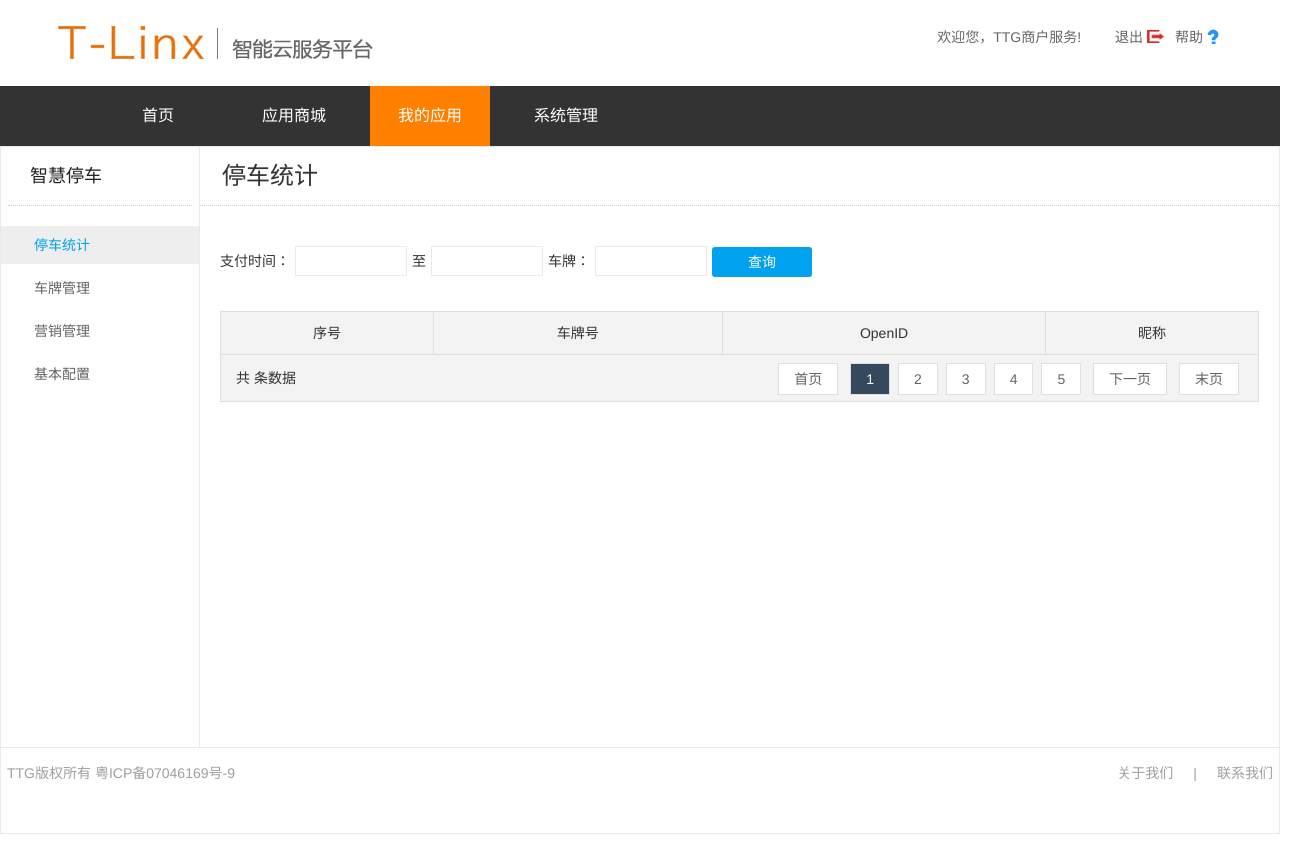
Repository: Keori/ParkCar
Page: admin/商户云/智慧停车/ParkManage.html
An editor plug-in stored every save of this project. The page is shown before and after the next save, followed by the edit.
The browser window is 1280 px wide. The page is 1293 px wide, so the pictures cover 1293 px, including what lies to the right of the window. The pictures show the whole page.
The page's requests for data from a server got no answer.

Above is the page before, as saved 2018-12-24 10:31:11.

### admin/商户云/智慧停车/ParkManage.html
<!DOCTYPE html>
<html lang="en">
<head>
    <meta charset="utf-8">
    <meta name="viewport" content="initial-scale=1.0,width=device-width" />
    <meta name="keywords" content="" />
    <meta name="description" content="" />
    <title>会员卡</title>
    <link href="../css/reset.css" type="text/css" rel="stylesheet"/>
    <link href="../css/layout.css" type="text/css" rel="stylesheet"/>
    <link href="../laydate/laydate.css" type="text/css" rel="stylesheet"/>
    <script type="text/javascript" src="../js/jquery-3.1.1.min.js"></script>
    <script type="text/javascript" src="../js/vue.js"></script>
</head>
<body>
<header class="header index_header">
    <div class="top w1170">
        <div class="logo"><i></i><img src="../images/logo.jpg" alt=""/></div>
        <div class="top_right">欢迎您，TTG商户服务! <span class="icon out_icon"><a href="">退出<code></code></a></span><span class="icon help_icon"><a href="">帮助<code></code></a></span></div>
    </div>

    <menu class="menu">
        <div class="w1170">
            <ul>
                <li><a href="">首页</a></li>
                <li><a href="">应用商城</a></li>
                <li class="on"><a href="">我的应用</a></li>
                <li><a href="">系统管理</a></li>
            </ul>
        </div>
    </menu>
</header>
<section id="content" class="content content1170">
    <aside class="left_con">
        <div class="left_con_tit borderb">智慧停车</div>

        <ul>
            <li class="on"><a href="">停车统计</a></li>
            <li><a href="">车牌管理</a></li>
            <li>
                <h1><a class='pagetitle' href="javascript:;" @click='ManageType'>营销管理</a><i></i></a>
                <div class='secondary' v-show='type'>
                    <h2 :class="{active:changeGray===1}" @click='change(1)'>
                        <a class='nextselect' href="Manage.html">
                            <span class='blockText'>模板类型</span>
                        </a>
                    </h2>
                    <h2 :class="{active:changeGray===2}" @click='change(2)'>
                        <a class='nextselect' href="Manage2.html">
                            <span class='blockText'>广告类型</span>
                        </a>
                    </h2>
                </div>
            </li>
            <li><a href="Basic.html">基本配置</a></li>
        </ul>
    </aside>
    <section id="boxRight" class="boxRight">
        <div class="boxRight_tit f1 borderb">停车统计</div>
        <article class="boxRightCon">
            <div class="CommonInput viplist_formlist viplist_formlist_1">
                <ul>
                    <li>
                        <span class="name">支付时间：</span><input id='timeData' name="text" type="text" style="width:100px;"/>
                    </li>
                    <li>
                        <span class="name">至</span><input id='timeData1' name="text" type="text" style="width:100px;"/>
                    </li>
                    <li>
                        <span class="name">车牌：</span><input v-model='filterSearch.plateNo' name="text" type="text" style="width:100px;"/>
                    </li>
                    <li>
                        <div class="org_btn"><a @click='Search'>查询</a></div>
                    </li>
                </ul>
            </div>
            <table width="100%" cellpadding="0" cellspacing="0" border="0" class="commonTable commonTable4">
                <tr>
                    <th>序号</th>
                    <th>车牌号</th>
                    <th>OpenID</th>
                    <th>昵称</th>
                </tr>
                <tr v-for='(item,index) in Park' v-show='index<6'>
                    <td>{{index+1}}</td>
                    <td>{{item.plateNo}}</td>
                    <td>{{item.OpenId}}</td>
                    <td>{{item.nickName}}</td>
                </tr>
            </table>
            <div class="bg_f3 page">共 {{pages.pageSize}} 条数据
                <div class="page_right fr">
                    <a href="javascript:;">首页</a>
                    <span v-show='current != 0' @click='current-- && goto(current)'>
                        <a href="#">上一页</a>
                    </span>
                    <span class='itempage'
                        v-for='(paging,index) in items'
                        :key='index'>
                        <a href="javascript:;" :class='{active:current===index}' @click='goto(index)'>{{paging}}</a>
                    </span>
                    <span v-show="allpage != current && allpage != 0 " @click="current++ && goto(current++)">
                        <a href="#">下一页</a>
                    </span>
                    <a href="javascript:;">末页</a>
                </div>
            </div>
        </article>
    </section>
    <footer class="footer">
        <div class="w1000">
            <p class="footer_a fl">TTG版权所有   粤ICP备07046169号-9</p>
            <p class="footer_b fr"><a href="">关于我们</a>|<a href="">联系我们</a></p>
        </div>
    </footer>
</section>
<script  type="text/javascript">
    new Vue({
        el: '#content',
        data(){
            return{
                current: 0,
                showItem:5,
                allpage:13,
                type: false,
                changeGray: '',
                filterSearch:{
                    plateNo: '',
                    payTimeStart: '',
                    payTimeEnd: ''
                },
                Park: [],
                pages:{},
            }
        },
        computed:{
            items(){
                // const c = this.pages.currPage
                // const t = this.pages.totalPage
                // if(c){
                //     return [1,2,3,4,5]
                // }else if(c >=6){
                //     return ['···',c-1,c,c+1,'···',t]
                // }else{
                //     return [1,2,3,4,5,'···',t]
                // }
                let pag = [];
                if( this.current < this.showItem ){
                    let i = Math.min(this.showItem,this.allpage);
                    while(i){
                        pag.unshift(i--);
                    }
                }else{
                    let middle = this.current - Math.floor(this.showItem / 2 ),
                        i = this.showItem;
                    if( middle >  (this.allpage - this.showItem)  ){
                        middle = (this.allpage - this.showItem) + 1
                    }
                    while(i--){
                        pag.push( middle++ );
                    }
                }
                return pag
            }
        },
        methods:{
            Search(){
                this.filterSearch.payTimeStart = $('#timeData').val()
                this.filterSearch.payTimeEnd = $('#timeData1').val()
                let params = this.filterSearch;
                console.log(this.filterSearch);
                $.ajax({
                url: 'http://park.ardy0220.top:9999/merchant/car/list',
                type: 'get',
                data: params,
                statusCode:{
                    404:() => {
                        alert('网络错误')
                    }
                },
                success:(params) => {
                    this.Park = params.page.list
                    console.log(this.Park)
                }
            })
            },
            ManageType(){
                if(this.type === false){
                    this.type = true
                }else{
                    this.type = false
                }
            },
            change(num){
                this.changeGray = num
            },
            goto(index){
                if(index == this.current) return;
                this.current = index;
            }
        },
        created(){
            this.Search()
        }
    })
</script>
</body>
<script src="../laydate/laydate.js"></script>
<script>
laydate({
    elem: '#timeData' //指定元素
});
laydate({
    elem: '#timeData1' //指定元素
});
</script>
<style>
.pagetitle,.nextselect{
    font-weight: normal;
}
.nextselect{
    font-size: 14px;
}
.active{
    background: #EEEEEE
}
.blockText{
    display: block;
    width: 130px;
    height: 37.6px;
    margin: auto;
}
.active{
    background: #34495e !important;
    border-color: #34495e;
    color: #fff;
}
</style>
</html>

### admin/商户云/laydate/laydate.css
/**

 @Name： laydate皮肤：默认
 @Author：贤心
 @Site：http://sentsin.com/layui/laydate

**/

.laydate-icon{border:1px solid #C6C6C6; background-image:url(icon.png)}

.laydate_body .laydate_box,
.laydate_body .laydate_ym,
.laydate_body .laydate_ym .laydate_yms,
.laydate_body .laydate_table,
.laydate_body .laydate_table td,
.laydate_body .laydate_bottom #laydate_hms,
.laydate_body .laydate_time,
.laydate_body .laydate_bottom .laydate_btn a{border:1px solid #ccc;}

.laydate_body .laydate_y .laydate_yms a,
.laydate_body .laydate_choose,
.laydate_body .laydate_table thead,
.laydate_body .laydate_bottom .laydte_hsmtex{background-color:#F6F6F6;}

.laydate_body .laydate_box,
.laydate_body .laydate_ym .laydate_yms,
.laydate_body .laydate_time{box-shadow: 2px 2px 5px rgba(0,0,0,.1);}

.laydate_body .laydate_box{border-top:none; border-bottom:none; background-color:#fff; color:#333;}
.laydate_body .laydate_box input{color:#333;}
.laydate_body .laydate_box .laydate_void{color:#ccc!important; /*text-decoration:line-through;*/}
.laydate_body .laydate_box .laydate_void:hover{background-color:#fff!important}
.laydate_body .laydate_box a, .laydate_body .laydate_box a:hover{color:#333;}
.laydate_body .laydate_box a:hover{color:#666;}
.laydate_body .laydate_click{background-color:#eee!important;}
.laydate_body .laydate_top{border-top:1px solid #C6C6C6;}
.laydate_body .laydate_ym .laydate_yms{border:1px solid #C6C6C6; background-color:#fff;}
.laydate_body .laydate_y .laydate_yms a{border-bottom:1px solid #C6C6C6;}
.laydate_body .laydate_y .laydate_yms .laydate_chdown{border-top:1px solid #C6C6C6; border-bottom:none;}
.laydate_body .laydate_choose{border-left:1px solid #C6C6C6;}
.laydate_body .laydate_chprev{border-left:none; border-right:1px solid #C6C6C6;}
.laydate_body .laydate_choose:hover,
.laydate_body .laydate_y .laydate_yms a:hover{background-color:#fff;}
.laydate_body .laydate_chtop cite{border-bottom-color:#666;}
.laydate_body .laydate_chdown cite, .laydate_body .laydate_ym label{border-top-color:#666;}
.laydate_body .laydate_chprev cite{border-right-style:solid; border-right-color:#666;}
.laydate_body .laydate_chnext cite{border-left-style:solid; border-left-color:#666;}
.laydate_body .laydate_table td{border:none;  height:21px!important; line-height:21px!important; background-color:#fff;}
.laydate_body .laydate_table .laydate_nothis{color:#999;}
.laydate_body .laydate_table thead{height:21px!important; line-height:21px!important;}
.laydate_body .laydate_table thead th{border-bottom:1px solid #ccc;}
.laydate_body .laydate_bottom{border-bottom:1px solid #C6C6C6;}
.laydate_body .laydate_bottom #laydate_hms{background-color:#fff;}
.laydate_body .laydate_time{background-color:#fff;}
.laydate_body .laydate_bottom .laydate_sj{border-right:1px solid #C6C6C6; background-color:#F6F6F6;}
.laydate_body .laydate_bottom input{background-color:#fff;}
.laydate_body .laydate_bottom .laydte_hsmtex{border-bottom:1px solid #C6C6C6;}
.laydate_body .laydate_bottom .laydate_btn{border-right:1px solid #C6C6C6;}
.laydate_body .laydate_bottom .laydate_v{color:#999}
.laydate_body .laydate_bottom .laydate_btn a{border-right:none; background-color:#F6F6F6;}
.laydate_body .laydate_bottom .laydate_btn a:hover{color:#000; background-color:#fff;}

.laydate_body .laydate_m .laydate_yms span:hover,
.laydate_body .laydate_y .laydate_yms ul li:hover,
.laydate_body .laydate_table td:hover,
.laydate_body .laydate_time .laydate_hmsno span:hover{background-color:#F3F3F3}

### admin/商户云/laydate/need/laydate.css
/**

 @Name： laydate 核心样式
 @Author：贤心
 @Site：http://sentsin.com/layui/laydate

**/

html{_background-image:url(about:blank); _background-attachment:fixed;}
.laydate_body .laydate_box, .laydate_body .laydate_box *{margin:0; padding:0;}
.laydate-icon,
.laydate-icon-default,
.laydate-icon-danlan,
.laydate-icon-dahong,
.laydate-icon-molv{height:22px; line-height:22px; padding-right:20px; border:1px solid #C6C6C6; background-repeat:no-repeat; background-position:right center;  background-color:#fff; outline:0;}
.laydate-icon-default{ background-image:url(../skins/default/icon.png)}
.laydate-icon-danlan{border:1px solid #B1D2EC; background-image:url(../skins/danlan/icon.png)}
.laydate-icon-dahong{background-image:url(../skins/dahong/icon.png)}
.laydate-icon-molv{background-image:url(../skins/molv/icon.png)}
.laydate_body .laydate_box{width:240px; font:12px '\5B8B\4F53'; z-index:99999999; *margin:-2px 0 0 -2px; *overflow:hidden; _margin:0; _position:absolute!important; background-color:#fff;}
.laydate_body .laydate_box li{list-style:none;}
.laydate_body .laydate_box .laydate_void{cursor:text!important;}
.laydate_body .laydate_box a, .laydate_body .laydate_box a:hover{text-decoration:none; blr:expression(this.onFocus=this.blur()); cursor:pointer;}
.laydate_body .laydate_box a:hover{text-decoration:none;}
.laydate_body .laydate_box cite, .laydate_body .laydate_box label{position:absolute; width:0; height:0; border-width:5px; border-style:dashed; border-color:transparent; overflow:hidden; cursor:pointer;}
.laydate_body .laydate_box .laydate_yms, .laydate_body .laydate_box .laydate_time{display:none;}
.laydate_body .laydate_box .laydate_show{display:block;}
.laydate_body .laydate_box input{outline:0; font-size:14px; background-color:#fff;}
.laydate_body .laydate_top{position:relative; height:26px; padding:5px; *width:100%; z-index:99;}
.laydate_body .laydate_ym{position:relative; float:left; height:24px; cursor:pointer;}
.laydate_body .laydate_ym input{float:left; height:24px; line-height:24px; text-align:center; border:none; cursor:pointer;}
.laydate_body .laydate_ym .laydate_yms{position:absolute; left: -1px; top: 24px; height:181px;}
.laydate_body .laydate_y{width:121px; margin-right:6px;}
.laydate_body .laydate_y input{width:64px; margin-right:15px;}
.laydate_body .laydate_y .laydate_yms{width:121px; text-align:center;}
.laydate_body .laydate_y .laydate_yms a{position:relative; display:block; height:20px;}
.laydate_body .laydate_y .laydate_yms ul{height:139px; padding:0; *overflow:hidden;}
.laydate_body .laydate_y .laydate_yms ul li{float:left; width:60px; height:20px; line-height: 20px; text-overflow: ellipsis; overflow: hidden; white-space: nowrap;}
.laydate_body .laydate_m{width:99px;}
.laydate_body .laydate_m .laydate_yms{width:99px; padding:0;}
.laydate_body .laydate_m input{width:42px; margin-right:15px;}
.laydate_body .laydate_m .laydate_yms span{display:block; float:left; width:42px; margin: 5px 0 0 5px; line-height:24px; text-align:center; _display:inline;}
.laydate_body .laydate_choose{display:block; float:left; position:relative; width:20px; height:24px;}
.laydate_body .laydate_choose cite, .laydate_body .laydate_tab cite{left:50%; top:50%;}
.laydate_body .laydate_chtop cite{margin:-7px 0 0 -5px; border-bottom-style:solid;}
.laydate_body .laydate_chdown cite, .laydate_body .laydate_ym label{top:50%; margin:-2px 0 0 -5px; border-top-style:solid;}
.laydate_body .laydate_chprev cite{margin:-5px 0 0 -7px;}
.laydate_body .laydate_chnext cite{margin:-5px 0 0 -2px;}
.laydate_body .laydate_ym label{right:28px;}
.laydate_body .laydate_table{ width:230px; margin:0 5px; border-collapse:collapse; border-spacing:0px; }
.laydate_body .laydate_table td{width:31px; height:19px; line-height:19px; text-align: center; cursor:pointer; font-size: 12px;}
.laydate_body .laydate_table thead{height:22px; line-height:22px;}
.laydate_body .laydate_table thead th{font-weight:400; font-size:12px; text-align:center;}
.laydate_body .laydate_bottom{position:relative; height:22px; line-height:20px; padding:5px; font-size:12px;}
.laydate_body .laydate_bottom #laydate_hms{position: relative; z-index: 1; float:left; }
.laydate_body .laydate_time{ position:absolute; left:5px; bottom: 26px; width:129px; height:125px; *overflow:hidden;}
.laydate_body .laydate_time .laydate_hmsno{ padding:5px 0 0 5px;}
.laydate_body .laydate_time .laydate_hmsno span{display:block; float:left; width:24px; height:19px; line-height:19px; text-align:center; cursor:pointer; *margin-bottom:-5px;}
.laydate_body .laydate_time1{width:228px; height:154px;}
.laydate_body .laydate_time1 .laydate_hmsno{padding: 6px 0 0 8px;}
.laydate_body .laydate_time1 .laydate_hmsno span{width:21px; height:20px; line-height:20px;}
.laydate_body .laydate_msg{left:49px; bottom:67px; width:141px; height:auto; overflow: hidden;}
.laydate_body .laydate_msg p{padding:5px 10px;}
.laydate_body .laydate_bottom li{float:left; height:20px; line-height:20px; border-right:none; font-weight:900;}
.laydate_body .laydate_bottom .laydate_sj{width:33px; text-align:center; font-weight:400;}
.laydate_body .laydate_bottom input{float:left; width:21px; height:20px; line-height:20px; border:none; text-align:center; cursor:pointer; font-size:12px;  font-weight:400;}
.laydate_body .laydate_bottom .laydte_hsmtex{height:20px; line-height:20px; text-align:center;}
.laydate_body .laydate_bottom .laydte_hsmtex span{position:absolute; width:20px; top:0; right:0px; cursor:pointer;}
.laydate_body .laydate_bottom .laydte_hsmtex span:hover{font-size:14px;}
.laydate_body .laydate_bottom .laydate_btn{position:absolute; right:5px; top:5px;}
.laydate_body .laydate_bottom .laydate_btn a{float:left; height:20px; padding:0 6px; _padding:0 5px;}
.laydate_body .laydate_bottom .laydate_v{position:absolute; left:10px; top:6px; font-family:Courier; z-index:0;}

### admin/商户云/laydate/skins/default/laydate.css
/**

 @Name： laydate皮肤：默认
 @Author：贤心
 @Site：http://sentsin.com/layui/laydate

**/

.laydate-icon{border:1px solid #C6C6C6; background-image:url(icon.png)}

.laydate_body .laydate_box,
.laydate_body .laydate_ym,
.laydate_body .laydate_ym .laydate_yms,
.laydate_body .laydate_table,
.laydate_body .laydate_table td,
.laydate_body .laydate_bottom #laydate_hms,
.laydate_body .laydate_time,
.laydate_body .laydate_bottom .laydate_btn a{border:1px solid #ccc;}

.laydate_body .laydate_y .laydate_yms a,
.laydate_body .laydate_choose,
.laydate_body .laydate_table thead,
.laydate_body .laydate_bottom .laydte_hsmtex{background-color:#F6F6F6;}

.laydate_body .laydate_box,
.laydate_body .laydate_ym .laydate_yms,
.laydate_body .laydate_time{box-shadow: 2px 2px 5px rgba(0,0,0,.1);}

.laydate_body .laydate_box{border-top:none; border-bottom:none; background-color:#fff; color:#333;}
.laydate_body .laydate_box input{color:#333;}
.laydate_body .laydate_box .laydate_void{color:#ccc!important; /*text-decoration:line-through;*/}
.laydate_body .laydate_box .laydate_void:hover{background-color:#fff!important}
.laydate_body .laydate_box a, .laydate_body .laydate_box a:hover{color:#333;}
.laydate_body .laydate_box a:hover{color:#666;}
.laydate_body .laydate_click{background-color:#eee!important;}
.laydate_body .laydate_top{border-top:1px solid #C6C6C6;}
.laydate_body .laydate_ym .laydate_yms{border:1px solid #C6C6C6; background-color:#fff;}
.laydate_body .laydate_y .laydate_yms a{border-bottom:1px solid #C6C6C6;}
.laydate_body .laydate_y .laydate_yms .laydate_chdown{border-top:1px solid #C6C6C6; border-bottom:none;}
.laydate_body .laydate_choose{border-left:1px solid #C6C6C6;}
.laydate_body .laydate_chprev{border-left:none; border-right:1px solid #C6C6C6;}
.laydate_body .laydate_choose:hover,
.laydate_body .laydate_y .laydate_yms a:hover{background-color:#fff;}
.laydate_body .laydate_chtop cite{border-bottom-color:#666;}
.laydate_body .laydate_chdown cite, .laydate_body .laydate_ym label{border-top-color:#666;}
.laydate_body .laydate_chprev cite{border-right-style:solid; border-right-color:#666;}
.laydate_body .laydate_chnext cite{border-left-style:solid; border-left-color:#666;}
.laydate_body .laydate_table td{border:none;  height:21px!important; line-height:21px!important; background-color:#fff;}
.laydate_body .laydate_table .laydate_nothis{color:#999;}
.laydate_body .laydate_table thead{height:21px!important; line-height:21px!important;}
.laydate_body .laydate_table thead th{border-bottom:1px solid #ccc;}
.laydate_body .laydate_bottom{border-bottom:1px solid #C6C6C6;}
.laydate_body .laydate_bottom #laydate_hms{background-color:#fff;}
.laydate_body .laydate_time{background-color:#fff;}
.laydate_body .laydate_bottom .laydate_sj{border-right:1px solid #C6C6C6; background-color:#F6F6F6;}
.laydate_body .laydate_bottom input{background-color:#fff;}
.laydate_body .laydate_bottom .laydte_hsmtex{border-bottom:1px solid #C6C6C6;}
.laydate_body .laydate_bottom .laydate_btn{border-right:1px solid #C6C6C6;}
.laydate_body .laydate_bottom .laydate_v{color:#999}
.laydate_body .laydate_bottom .laydate_btn a{border-right:none; background-color:#F6F6F6;}
.laydate_body .laydate_bottom .laydate_btn a:hover{color:#000; background-color:#fff;}

.laydate_body .laydate_m .laydate_yms span:hover,
.laydate_body .laydate_y .laydate_yms ul li:hover,
.laydate_body .laydate_table td:hover,
.laydate_body .laydate_time .laydate_hmsno span:hover{background-color:#F3F3F3}

Loaded but not shown: admin/商户云/js/jquery-3.1.1.min.js (library); admin/商户云/js/vue.js (library); admin/商户云/laydate/laydate.js (library); admin/商户云/css/layout.css (845 lines, source omitted); admin/商户云/css/reset.css (322 lines, source omitted)

After the next save:
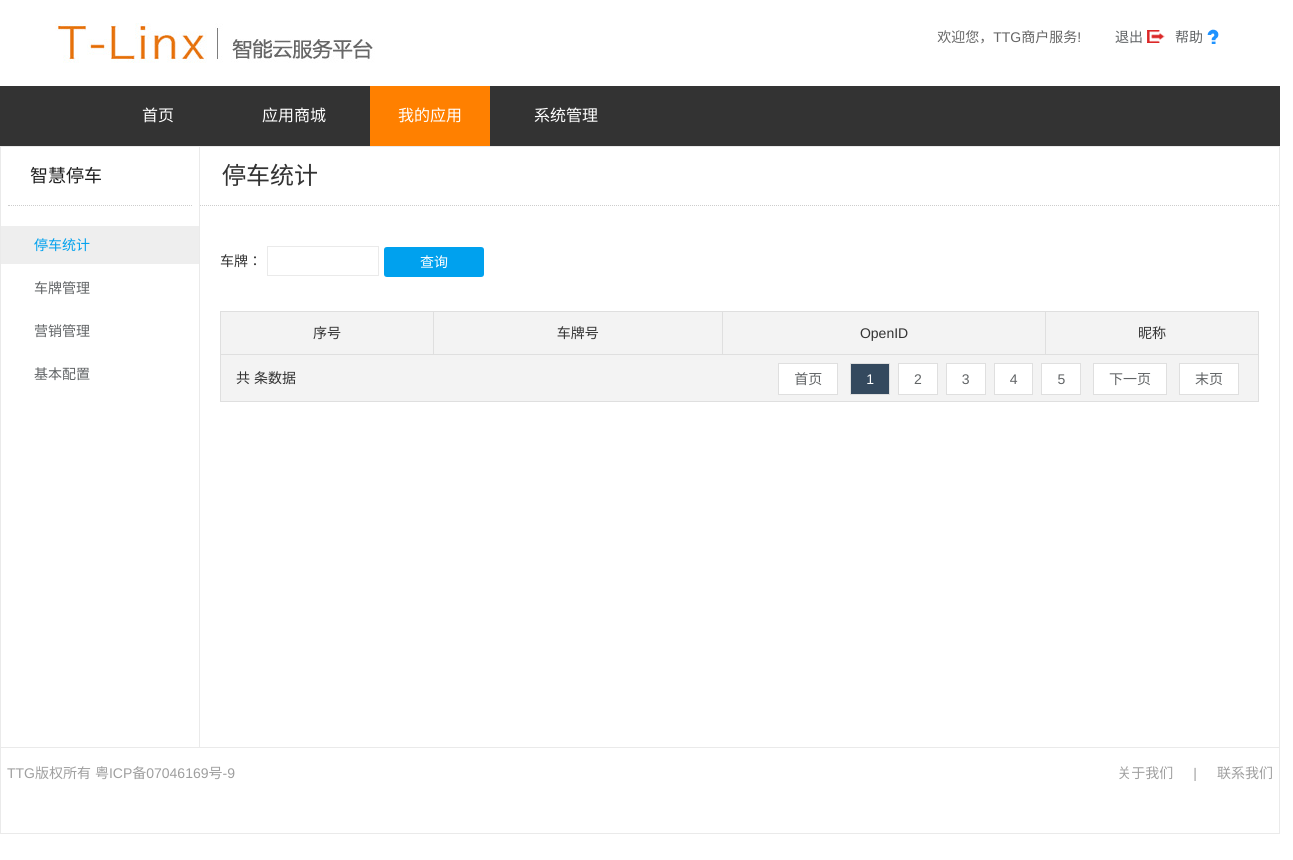
Console error: TypeError: Cannot read properties of undefined (reading 'length')
Saved 9 s later.
--- a/admin/商户云/智慧停车/ParkManage.html
+++ b/admin/商户云/智慧停车/ParkManage.html
@@ -60,12 +60,6 @@
         <article class="boxRightCon">
             <div class="CommonInput viplist_formlist viplist_formlist_1">
                 <ul>
-                    <li>
-                        <span class="name">支付时间：</span><input id='timeData' name="text" type="text" style="width:100px;"/>
-                    </li>
-                    <li>
-                        <span class="name">至</span><input id='timeData1' name="text" type="text" style="width:100px;"/>
-                    </li>
                     <li>
                         <span class="name">车牌：</span><input v-model='filterSearch.plateNo' name="text" type="text" style="width:100px;"/>
                     </li>
